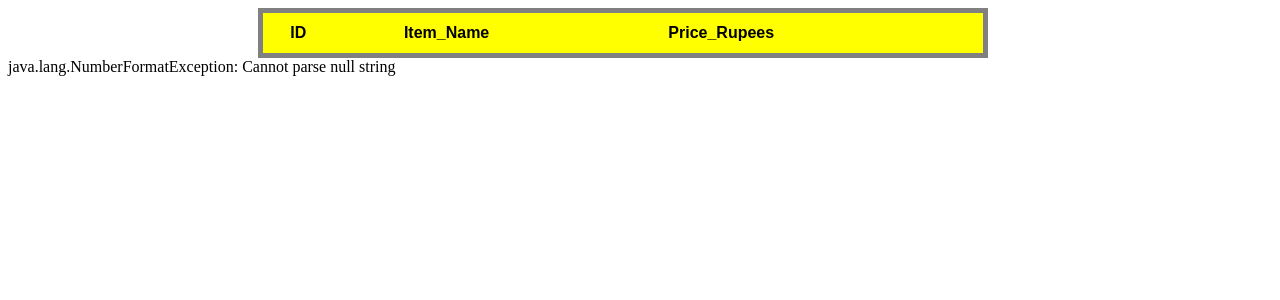
Repository: prathameshhhh12/PizzaShop
Page: http://localhost/Pizzashop/addeditCustomer.jsp
The author's editor kept a copy of each file at every save. The page is drawn from the files as they stood at one save, then again after the next save.
The browser window is 1280 px wide. The pictures show the whole page.
The page is served by Tomcat 9. Other server files are loaded and not shown. Queries for data that is not in the repository find no rows.

Above is the page before, as saved 2023-02-16 16:43:20.

### Pizzashop/WebContent/addeditCustomer.jsp
<%@page import="com.db.utils.DbConnection"%>
<%@ page import ="java.sql.*"%>

<div class="main">


<table>
<tr>
<th>ID</th>
<th>Item_Name</th>
<th>Price_Rupees</th>
</tr>
<%
try{
	  Connection con = DbConnection.init();
      Statement st = con.createStatement();
      String strQuery = "SELECT * FROM members";
      ResultSet rs = st.executeQuery(strQuery);
      while(rs.next()){

    	  %>
    	  <tr>
    	  <td><%=rs.getInt(1) %></td>
    	  <td><%=rs.getString(2) %></td>
    	  <td><%=rs.getString(3) %></td>
    	  <td><a href="update.jsp?edit=<%=rs.getInt(1)%>">Edit</a></td>
    	  <td>
    	  <a href="?delete=<%=rs.getInt(1)%>">Delete</a></td>

    	  </tr>
    	  <%
      }
}
catch(Exception e)
{
	out.println(e);
}
 %>


</table>
</div>

<%
try{
	  Connection con = DbConnection.init();
    Statement st = con.createStatement();
         int id=0;
    	 id =Integer.parseInt(request.getParameter("delete"));
    	if(id>0){
    	PreparedStatement ps =null;
    	ps=con.prepareStatement("delete from items where id =?");
    	ps.setInt(1,id);
    	ps.executeUpdate();
    	con.close();
    	}

    }

catch(Exception e)
{
	out.println(e);
}
%>


<style type="text/css">
.main
{
width:700px;;
margin-left:250px;
padding: 10px;
border: 5px solid grey;
background-color:yellow;
}
table{
font-family:arial, sans-serif;
border-collapse:collapse;
width: 600px;
}
td
{
border: 5px solid silver;
text-align: center;
padding: 8px;
}
</style>

### Pizzashop/src/com/db/utils/DbConnection.java
/*
 * To change this license header, choose License Headers in Project Properties.
 * To change this template file, choose Tools | Templates
 * and open the template in the editor.
 */
package com.db.utils;
//import com.mysql.jdbc.Connection;
import java.sql.* ;
import java.sql.DriverManager;
import java.sql.SQLException;


public class DbConnection {

    final static String DB_NAME = "pizza";
    final static String CONNECTION_URL = "jdbc:mysql://localhost:3306/" + DB_NAME;
    final static String USERNAME = "root";
    final static String PASSWORD = "root123";

    public static Connection init() throws ClassNotFoundException, SQLException {
        Class.forName("com.mysql.jdbc.Driver");
        return (Connection) DriverManager.getConnection(CONNECTION_URL, USERNAME, PASSWORD);
    }
}

After the next save:
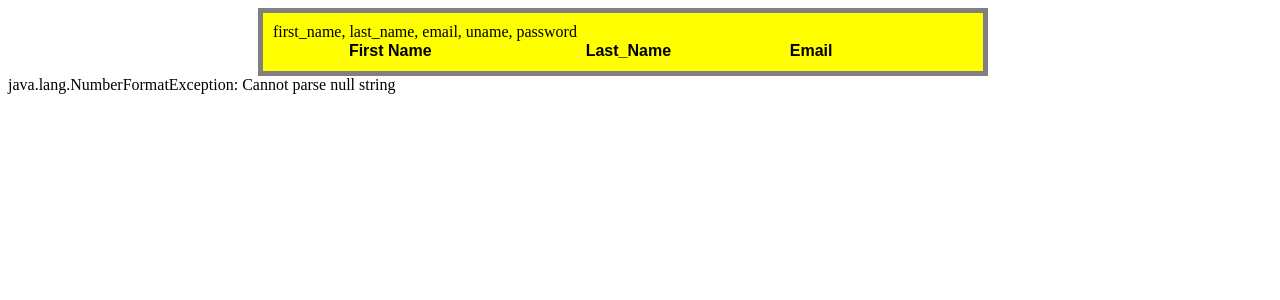
Saved 2 min 40 s later.
--- a/Pizzashop/WebContent/addeditCustomer.jsp
+++ b/Pizzashop/WebContent/addeditCustomer.jsp
@@ -5,10 +5,10 @@
 
 
 <table>
-<tr>
-<th>ID</th>
-<th>Item_Name</th>
-<th>Price_Rupees</th>
+<tr>first_name, last_name, email, uname, password
+<th>First Name</th>
+<th>Last_Name</th>
+<th>Email</th>
 </tr>
 <%
 try{
